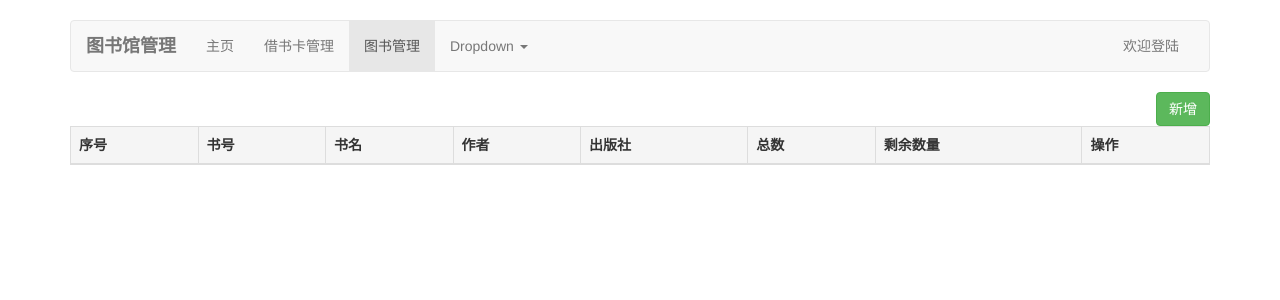
Repository: chaice/code
Page: http://localhost/web6/WEB-INF/views/book.jsp
An editor plug-in stored every save of this project. The page is shown before and after the next save, followed by the edit.
The browser window is 1280 px wide. The pictures show the whole page.
Some web libraries are served in a nearby version. The page is served by Tomcat 9. Nobody is signed in. Other server files are loaded and not shown. The template is opened directly, without the code that normally fills it, so the values that code supplies are empty.

Above is the page before, as saved 2016-06-05 13:01:05.

### web6/WebContent/WEB-INF/views/book.jsp
<%@ page language="java" contentType="text/html; charset=UTF-8"
    pageEncoding="UTF-8"%>
    <%@ taglib prefix="c" uri="http://java.sun.com/jsp/jstl/core"%>
<!DOCTYPE html>
<html>
<head>
<meta charset="UTF-8">
<title>图书管理</title>
<%@ include file="head.jsp"%>
<a type="button" class="btn btn-success" href="/book_add" style="float:right">新增</a>
<div class="bs-example" data-example-id="bordered-table">
	<table class="table table-bordered">
		<thead>
			<tr class="active">
				<th scope="row">序号</th>
				<th>书号</th>
				<th>书名</th>
				<th>作者</th>
				<th>出版社</th>
				<th>总数</th>
				<th>剩余数量</th>
				<th>操作</th>
			</tr>
		</thead>
		<tbody>
			<c:forEach var="bo" items="${requestScope.list}">
				<tr class="info">
					<th scope="row">${bo.id}</th>
					<td>${bo.code}</td>
					<td>${bo.title}</td>
					<td>${bo.author}</td>
					<td>${bo.publishing}</td>
					<td>${bo.total}</td>
					<td>${bo.count}</td>
					<td>
						<button id="${bo.code}" type="button" class="btn btn-warning">修改</button>
						<button id="${bo.id}" type="button" class="btn btn-danger">删除</button>
					</td>
				</tr>
			</c:forEach>

		</tbody>
	</table>
</div>
</div>
<script src="//cdn.bootcss.com/jquery/1.11.3/jquery.min.js"></script>
<script src="//cdn.bootcss.com/bootstrap/3.3.5/js/bootstrap.min.js"></script>
<script>
	$("#l3").addClass("active");
	$("button.btn-danger").click(function() {
      var id = $(this).attr("id");
      location.href = "/book_alter?id="+id;
	});
	$("button.btn-warning").click(function(){
		var code = $(this).attr("id");
		if(config("确认删除？")){
			location.href = "/book_del?id="+code;
		}
	});
</script>
</body>
</html>

### web6/WebContent/WEB-INF/views/head.jsp
<%@ page language="java" contentType="text/html; charset=UTF-8"
	pageEncoding="UTF-8"%>
<link href="//cdn.bootcss.com/bootstrap/3.3.5/css/bootstrap.min.css"
	rel="stylesheet">
<style>
body {
	padding-top: 20px;
	padding-bottom: 20px;
}

.navbar {
	margin-bottom: 20px;
}
</style>
</head>
<body>
	<div class="container">
		<nav class="navbar navbar-default">
			<div class="container-fluid">
				<div class="navbar-header">
					<a class="navbar-brand"><strong>图书馆管理</strong></a>
				</div>
				<div id="navbar" class="navbar-collapse collapse">
					<ul class="nav navbar-nav">
						<li id="l1"><a href="/home">主页</a></li>
						<li id="l2"><a href="/card_list">借书卡管理</a></li>
						<li id="l3"><a href="/book_list">图书管理</a></li>
						<li class="dropdown"><a href="#" class="dropdown-toggle"
							data-toggle="dropdown" role="button" aria-haspopup="true"
							aria-expanded="false">Dropdown <span class="caret"></span></a>
							<ul class="dropdown-menu">
								<li><a href="#">Action</a></li>
								<li><a href="#">Another action</a></li>
								<li><a href="#">Something else here</a></li>
							</ul></li>
					</ul>
					<ol class="nav navbar-nav navbar-right">
						<li><a>欢迎登陆</a></li>
					</ol>
				</div>
			</div>
		</nav>

After the next save:
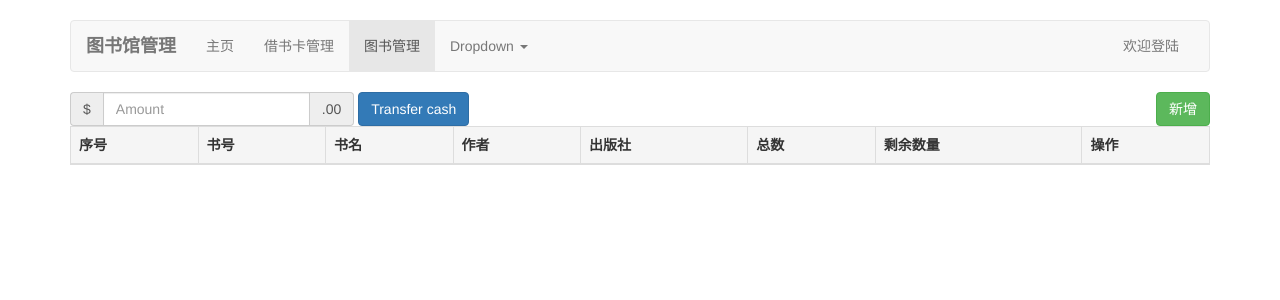
Saved 68 s later.
--- a/web6/WebContent/WEB-INF/views/book.jsp
+++ b/web6/WebContent/WEB-INF/views/book.jsp
@@ -9,6 +9,17 @@
 <%@ include file="head.jsp"%>
 <a type="button" class="btn btn-success" href="/book_add" style="float:right">新增</a>
 <div class="bs-example" data-example-id="bordered-table">
+<form class="form-inline">
+      <div class="form-group">
+        <label class="sr-only" for="exampleInputAmount">Amount (in dollars)</label>
+        <div class="input-group">
+          <div class="input-group-addon">$</div>
+          <input type="text" class="form-control" id="exampleInputAmount" placeholder="Amount">
+          <div class="input-group-addon">.00</div>
+        </div>
+      </div>
+      <button type="submit" class="btn btn-primary">Transfer cash</button>
+    </form>
 	<table class="table table-bordered">
 		<thead>
 			<tr class="active">
